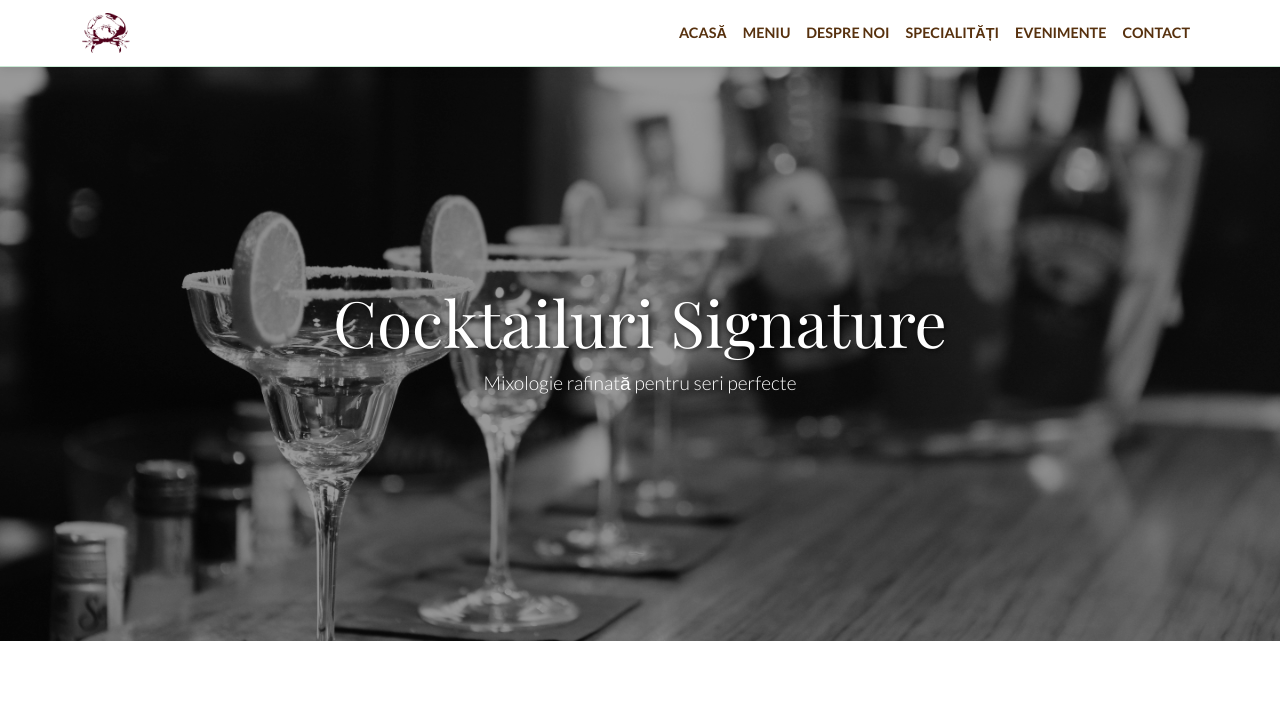
Repository: 912-Comsa-Teodora/bistrot-restaurant
Page: restaurant/index.html
These files come from the project's save history. The page is drawn as it stood at one moment and after the next save; the edit follows.
The browser window is 1280 px wide. The pictures show the part of the page from y = 0 to 701 px (the page is 2972 px tall).
A picture or video elsewhere on the page could not be fetched, so the positions and the page height are approximate.

Above is the page before, as saved 2026-01-17 14:57:09.

### restaurant/index.html
<!DOCTYPE html>
<html lang="ro">
<head>
    <meta charset="UTF-8">
    <meta name="viewport" content="width=device-width, initial-scale=1.0">
    <meta name="description" content="Cel mai bun restaurant și bar din oraș. Atmosferă unică, meniu select.">
    <meta name="author" content="Numele Tau">

    <title>Bistrot Elegance - Restaurant & Bar</title>

    <link href="https://cdn.jsdelivr.net/npm/bootstrap@5.3.0/dist/css/bootstrap.min.css" rel="stylesheet">
    <link rel="stylesheet" href="https://cdnjs.cloudflare.com/ajax/libs/font-awesome/6.4.0/css/all.min.css">
    <link href="https://fonts.googleapis.com/css2?family=Playfair+Display:wght@400;700&family=Lato:wght@300;400;700&display=swap" rel="stylesheet">

    <style>
        :root {
            /* --- NEW COLOR SCHEME --- */
            --primary-color: #740427; /* Visiniu Toulouse */
            --primary-dark: #50021b;
            --mint-color: #C8EAD3;    /* Accentul Mint */
            --mint-light: #F2F9F4;    /* Mint foarte deschis */
            --text-brown: #57310e;    /* Maro-ul pentru text */
            --white: #ffffff;
        }

        body {
            font-family: 'Lato', sans-serif;
            color: var(--primary-dark);
            padding-top: 65px;
            background-color: var(--white);
        }

        h1, h2, h3, h4, h5 {
            font-family: 'Playfair Display', serif;
            color: var(--primary-color);
        }

        /* Navigatie (Old Structure, New Colors) */
        .navbar {
            background-color: #fff;
            box-shadow: 0 2px 10px rgba(0,0,0,0.1);
            border-bottom: 1px solid var(--mint-color);
        }

        .navbar-brand img {
            max-height: 40px;
        }

        .nav-link {
            color: var(--text-brown);
            font-weight: 700;
            text-transform: uppercase;
            font-size: 0.9rem;
        }

        .nav-link:hover {
            color: var(--primary-color);
        }

        /* Carousel Custom (Old Structure) */
        #heroCarousel .carousel-item img {
            height: 80vh;
            object-fit: cover;
            filter: brightness(0.6);
        }

        .carousel-caption {
            top: 50%;
            transform: translateY(-50%);
            bottom: auto;
            width: 70%;
            left: 15%;
        }

        .carousel-caption p {
            margin-top: 0;
            margin-bottom: 1.5rem;
            font-size: 1.2rem;
            font-weight: 300;
            color: #fff;
        }

        .carousel-caption h2 {
            font-size: 4rem;
            color: #fff;
            text-shadow: 2px 2px 4px rgba(0,0,0,0.6);
        }

        /* Sectiuni Generale */
        section {
            padding: 80px 0;
        }

        .section-title {
            text-align: center;
            margin-bottom: 50px;
            position: relative;
        }

        .section-title::after {
            content: '';
            display: block;
            width: 60px;
            height: 3px;
            background-color: var(--primary-color);
            margin: 20px auto;
        }

        /* --- SPECIALTIES SECTION STYLES (NEW) --- */
        .bg-mint-gradient {
            background: linear-gradient(180deg, var(--white) 0%, var(--mint-light) 100%);
        }

        .card {
            border: 1px solid var(--mint-color);
            background-color: #fff;
            transition: transform 0.3s;
            box-shadow: 0 5px 15px rgba(0,0,0,0.05);
        }

        .card:hover {
            transform: translateY(-5px);
            border-color: var(--primary-color);
            box-shadow: 0 10px 30px rgba(116, 4, 39, 0.1);
        }

        .card-img-top {
            height: 250px;
            width: 100%;
            object-fit: cover;
            object-position: center;
        }

        .price-tag {
            font-family: 'Playfair Display', serif;
            font-size: 1.4rem;
            font-weight: 700;
            color: var(--primary-color);
        }

        /* Custom Badges (New Colors) */
        .badge-custom-primary {
            background-color: var(--primary-color) !important;
            color: var(--mint-color);
        }

        .badge-custom-mint {
            background-color: var(--mint-color) !important;
            color: var(--primary-color);
            font-weight: 700;
        }

        /* --- EVENTS IMAGES --- */
        @media (min-width: 992px) {
            .event-img-small {
                height: 250px;
                width: 100%;
                object-fit: cover;
            }
            .event-img-large {
                height: calc(500px + 1.5rem);
                width: 100%;
                object-fit: cover;
            }
        }

        /* Footer (Old Structure, New Colors) */
        footer {
            background-color: var(--primary-color); /* Updated to Burgundy */
            color: #fff;
            padding: 60px 0 20px;
            border-top: 5px solid var(--mint-color);
        }

        footer h4 {
            color: var(--mint-color); /* Updated to Mint */
            margin-bottom: 20px;
        }

        footer p, footer i {
            color: rgba(255, 255, 255, 0.9);
        }

        .social-icons a {
            color: #fff;
            font-size: 1.5rem;
            margin-right: 15px;
            transition: color 0.3s;
        }

        .social-icons a:hover {
            color: var(--mint-color);
        }

        hr.bg-light {
             border-color: rgba(255,255,255,0.2);
        }
    </style>
</head>
<body>

    <header id="home">
        <nav class="navbar navbar-expand-lg navbar-light fixed-top">
            <div class="container">
                <a class="navbar-brand" href="index.html">
                    <img src="./pictures/Bistrot-Elegance-Logo-visiniu.png" alt="Logo Bistrot Elegance">
                </a>

                <button class="navbar-toggler" type="button" data-bs-toggle="collapse" data-bs-target="#navbarContent" aria-controls="navbarContent" aria-expanded="false" aria-label="Toggle navigation">
                    <span class="navbar-toggler-icon"></span>
                </button>

                <div class="collapse navbar-collapse" id="navbarContent">
                    <ul class="navbar-nav ms-auto mb-2 mb-lg-0">
                        <li class="nav-item">
                            <a class="nav-link" href="#home">Acasă</a>
                        </li>
                        <li class="nav-item">
                            <a class="nav-link" href="#meniu">Meniu</a>
                        </li>
                        <li class="nav-item">
                            <a class="nav-link" href="#despre">Despre Noi</a>
                        </li>
                        <li class="nav-item">
                            <a class="nav-link" href="#specialitati">Specialități</a>
                        </li>
                        <li class="nav-item">
                            <a class="nav-link" href="#evenimente">Evenimente</a>
                        </li>
                        <li class="nav-item">
                            <a class="nav-link" href="#contact">Contact</a>
                        </li>
                    </ul>
                </div>
            </div>
        </nav>
    </header>

    <div id="heroCarousel" class="carousel slide" data-bs-ride="carousel">
        <div class="carousel-inner">
            <div class="carousel-item active" data-bs-interval="3000">
                <img src="pictures/restaurant-imagine-principala.jpg" class="d-block w-100" alt="Interior restaurant">
                <div class="carousel-caption d-none d-md-block">
                    <p>Bine ați venit la</p>
                    <h2>Bistrot Elegance</h2>
                    <p>O experiență culinară de neuitat în inima orașului</p>
                </div>
            </div>

            <div class="carousel-item" data-bs-interval="3000">
                <img src="pictures/cover-bauturi.jpg" class="d-block w-100" alt="Bauturi">
                <div class="carousel-caption d-none d-md-block">
                    <h2>Cocktailuri Signature</h2>
                    <p>Mixologie rafinată pentru seri perfecte</p>
                </div>
            </div>

            <div class="carousel-item" data-bs-interval="3000">
                <img src="pictures/cover-mancare.jpg" class="d-block w-100" alt="Mancare">
                <div class="carousel-caption d-none d-md-block">
                    <h2>Gusturi Autentice</h2>
                    <p>Preparate create cu pasiune din ingrediente locale</p>
                </div>
            </div>

            <div class="carousel-item" data-bs-interval="3000">
                <img src="pictures/cover-desert.jpg" class="d-block w-100" alt="Desert">
                <div class="carousel-caption d-none d-md-block">
                    <h2>Deserturi Artizanale</h2>
                    <p>Finalul dulce perfect pentru orice masă</p>
                </div>
            </div>
        </div>
    </div>

    <section id="despre">
        <div class="container">
            <div class="row align-items-center">
                <div class="col-lg-6 mb-4 mb-lg-0">
                    <h2 class="mb-4">Povestea Noastră</h2>
                    <h3 class="mb-3" style="color: var(--text-brown); opacity: 0.8;">Tradiție și modernism din 2010</h3>
                    <p>
                        Situat într-o clădire istorică, <strong>Bistrot Elegance</strong> îmbină arhitectura clasică cu un design interior modern și vibrant. Ne mândrim cu o atmosferă care invită la relaxare și conversație, fiind locul ideal atât pentru întâlniri de afaceri, cât și pentru cine romantice.
                    </p>
                    <p>
                        Filozofia noastră culinară se bazează pe ingrediente locale, proaspete, reinterpretate într-o manieră internațională. Echipa noastră de bucătari pasionați lucrează zilnic pentru a oferi preparate care surprind prin gust și prezentare.
                    </p>
                </div>
                <div class="col-lg-6">
                    <img src="pictures/interior-restaurant.jpg" class="img-fluid rounded shadow" alt="Interior restaurant">
                </div>
            </div>
        </div>
    </section>

    <section id="specialitati" class="bg-mint-gradient">
        <div class="container">
            <h2 class="section-title">Recomandările Chef-ului</h2>
            <div class="row g-4">

                <div class="col-md-6 col-lg-3">
                    <div class="card h-100">
                        <span class="position-absolute top-0 end-0 badge rounded-pill badge-custom-primary m-2">
                            Best Seller
                        </span>
                        <img src="pictures/muschi-de-vita-cu-legume.jpg" class="card-img-top" alt="Vita">
                        <div class="card-body d-flex flex-column">
                            <h4 class="card-title">Mușchi de Vită</h4>
                            <p class="card-text small text-muted">Mușchi de vită fraged la grătar, acompaniat de broccoli și anghinare.</p>
                            <div class="mt-auto d-flex justify-content-between align-items-center">
                                <span class="badge badge-custom-mint">Vită Premium</span>
                                <span class="price-tag">135 RON</span>
                            </div>
                        </div>
                    </div>
                </div>

                <div class="col-md-6 col-lg-3">
                    <div class="card h-100">
                         <span class="position-absolute top-0 end-0 badge rounded-pill badge-custom-primary m-2">
                            Nou
                        </span>
                        <img src="pictures/avocado-gourmet-burger.jpg" class="card-img-top" alt="Burger">
                        <div class="card-body d-flex flex-column">
                            <h4 class="card-title">Avocado Burger</h4>
                            <p class="card-text small text-muted">Chiflă brioche, carne Black Angus, cheddar și avocado.</p>
                            <div class="mt-auto d-flex justify-content-between align-items-center">
                                <span class="badge badge-custom-mint">Burger</span>
                                <span class="price-tag">68 RON</span>
                            </div>
                        </div>
                    </div>
                </div>

                 <div class="col-md-6 col-lg-3">
                    <div class="card h-100">
                        <img src="pictures/vita-cu-fructe-rosii.jpg" class="card-img-top" alt="Vita fructe rosii">
                        <div class="card-body d-flex flex-column">
                            <h4 class="card-title">Vită Fructe Roșii</h4>
                            <p class="card-text small text-muted">File de vită cu sos dulce-acrișor de fructe de pădure.</p>
                            <div class="mt-auto d-flex justify-content-between align-items-center">
                                <span class="badge badge-custom-mint">Signature</span>
                                <span class="price-tag">148 RON</span>
                            </div>
                        </div>
                    </div>
                </div>

                <div class="col-md-6 col-lg-3">
                    <div class="card h-100">
                        <span class="position-absolute top-0 end-0 badge rounded-pill badge-custom-primary m-2">
                            Ofertă
                        </span>
                        <img src="pictures/salmon-poke.jpg" class="card-img-top" alt="Poke">
                        <div class="card-body d-flex flex-column">
                            <h4 class="card-title">Salmon Poke</h4>
                            <p class="card-text small text-muted">Cuburi de somon proaspăt, avocado și orez.</p>
                            <div class="mt-auto d-flex justify-content-between align-items-center">
                                <span class="badge badge-custom-mint">Raw Bar</span>
                                <span class="price-tag">58 RON</span>
                            </div>
                        </div>
                    </div>
                </div>

            </div>
        </div>
    </section>

    <section id="evenimente">
        <div class="container">
            <h2 class="section-title">Evenimente & Atmosferă</h2>
            <div class="row">
                <div class="col-lg-4 mb-4">
                    <h3>Muzică Live & Seri Tematice</h3>
                    <p>În fiecare seară de vineri și sâmbătă, atmosfera este întreținută de artiști locali de jazz și pian.</p>
                    <p>Organizam degustări de vinuri în fiecare ultimă joi din lună. Vă așteptăm să descoperiți soiuri premiate alături de somelierul nostru.</p>
                    <div class="alert alert-info mt-3" style="background-color: var(--mint-light); border-color: var(--mint-color); color: var(--primary-color);">
                        <strong>Rezervare necesară!</strong> Locurile sunt limitate pentru serile de muzică live.
                    </div>
                </div>

                <div class="col-lg-4 col-md-6 mb-4">
                    <img src="pictures/seara-tematica-sushi.jpg" class="img-fluid rounded mb-4 w-100 event-img-small" alt="Live">

                    <img src="pictures/petrecere-privata.jpg" class="img-fluid rounded w-100 event-img-small" alt="Vin">
                </div>

                <div class="col-lg-4 col-md-6">
                    <img src="pictures/seara-de-jazz.jpg" class="img-fluid rounded w-100 event-img-large" alt="Party">
                </div>
            </div>
        </div>
    </section>

    <footer id="contact">
        <div class="container">
            <div class="row">
                <div class="col-md-4 mb-4">
                    <h4>Contact</h4>
                    <p><i class="fas fa-map-marker-alt me-2"></i> Strada Principală Nr. 10, Cluj-Napoca</p>
                    <p><i class="fas fa-phone me-2"></i> +40 722 123 456</p>
                    <p><i class="fas fa-envelope me-2"></i> contact@bistrotelegance.ro</p>
                </div>

                <div class="col-md-4 mb-4">
                    <h4>Program</h4>
                    <p>Luni - Joi: 10:00 - 23:00</p>
                    <p>Vineri - Sâmbătă: 10:00 - 02:00</p>
                    <p>Duminică: 12:00 - 23:00</p>
                </div>

                <div class="col-md-4 mb-4 text-md-end text-start">
                    <h4>Urmărește-ne</h4>
                    <div class="social-icons">
                        <a href="#" aria-label="Facebook"><i class="fab fa-facebook-f"></i></a>
                        <a href="#" aria-label="Instagram"><i class="fab fa-instagram"></i></a>
                        <a href="#" aria-label="TripAdvisor"><i class="fab fa-tripadvisor"></i></a>
                    </div>
                </div>
            </div>

            <hr class="bg-light">

            <div class="row">
                <div class="col-12 text-center">
                    <p class="small mb-0">&copy; 2023 Bistrot Elegance. Toate drepturile rezervate.</p>
                </div>
            </div>
        </div>
    </footer>

    <script src="https://cdn.jsdelivr.net/npm/bootstrap@5.3.0/dist/js/bootstrap.bundle.min.js"></script>
</body>
</html>

After the next save:
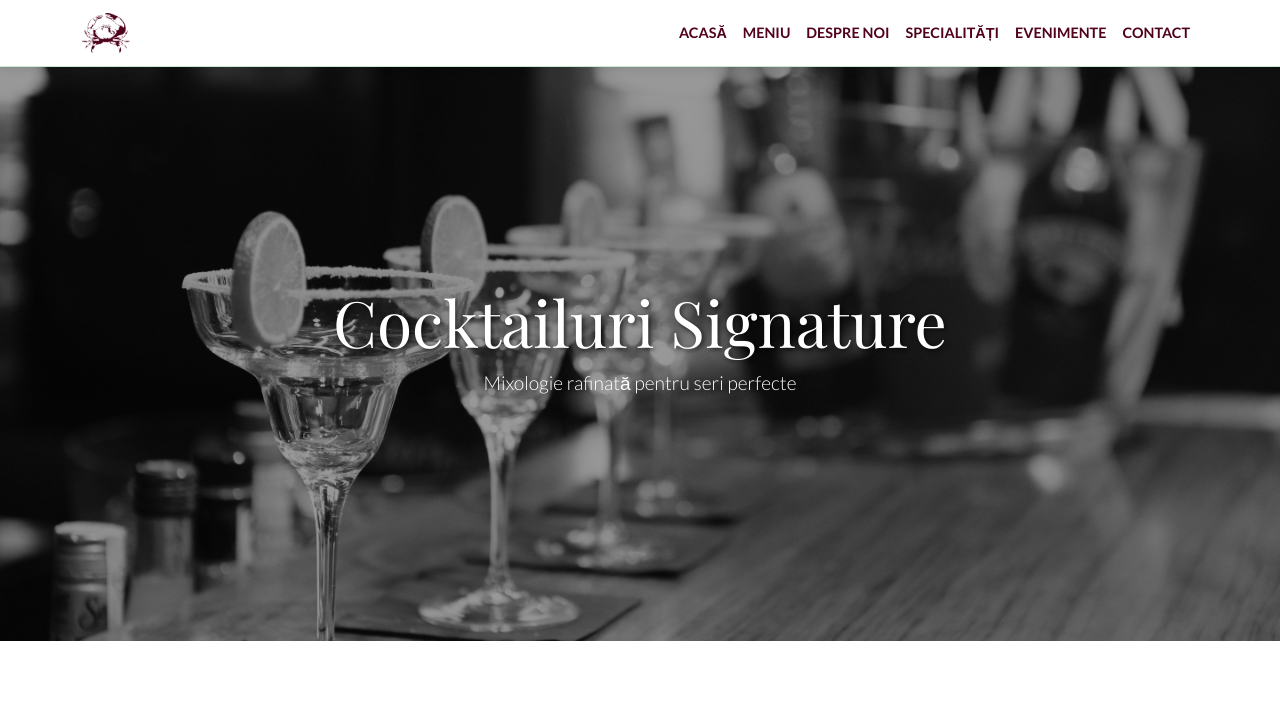
Saved 23 s later.
--- a/restaurant/index.html
+++ b/restaurant/index.html
@@ -25,7 +25,7 @@
 
         body {
             font-family: 'Lato', sans-serif;
-            color: var(--primary-dark);
+            color: var(--text-brown);
             padding-top: 65px;
             background-color: var(--white);
         }
@@ -47,7 +47,7 @@
         }
 
         .nav-link {
-            color: var(--text-brown);
+            color: var(--primary-dark);
             font-weight: 700;
             text-transform: uppercase;
             font-size: 0.9rem;
